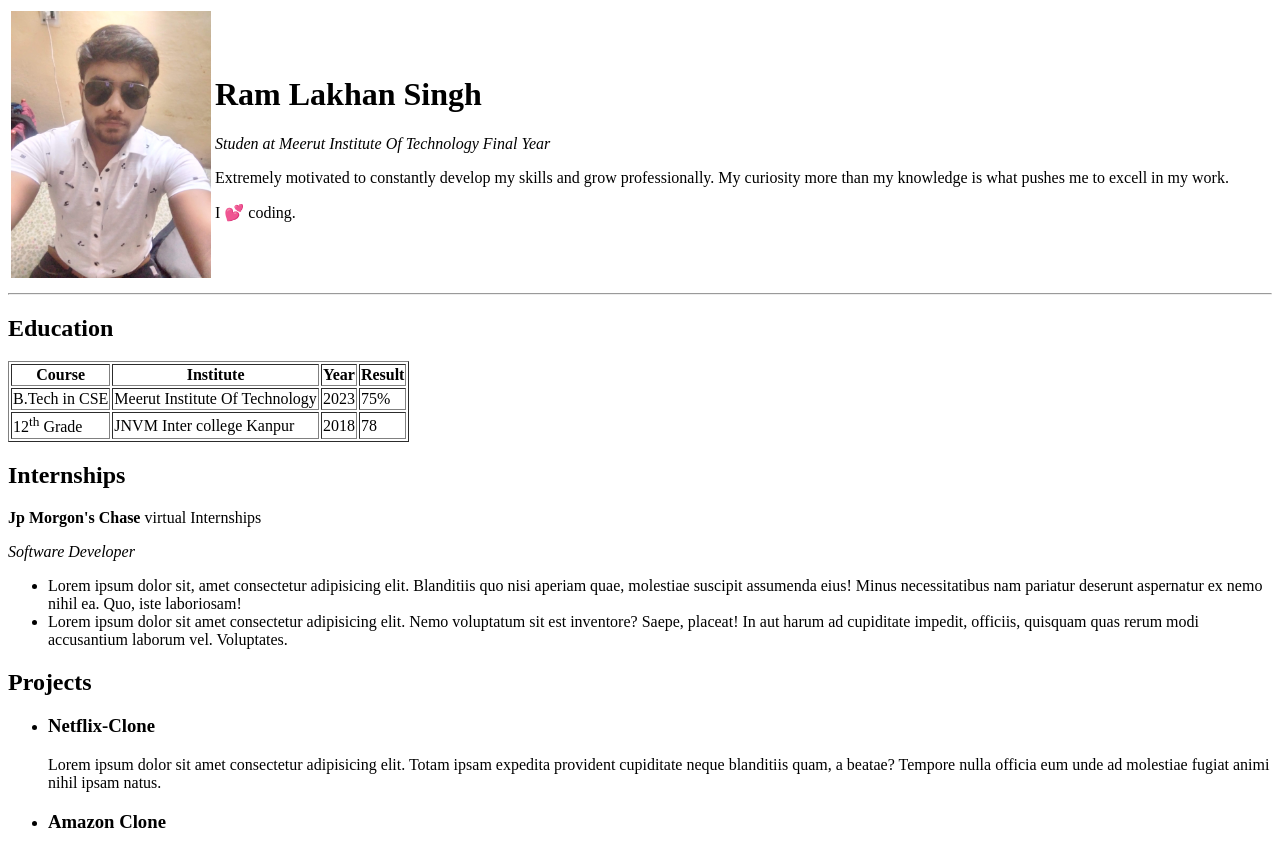
Repository: ramlakhan1/resume1
Page: resume.html
The author's editor kept a copy of each file at every save. The page is drawn from the files as they stood at one save, then again after a run of saves.
The browser window is 1280 px wide. The pictures show the whole page.

Above is the page before, as saved 2022-11-05 14:32:08.

### resume.html
<!DOCTYPE html>
<html lang="en">
<head>
    <meta charset="UTF-8">
    <meta http-equiv="X-UA-Compatible" content="IE=edge">
    <meta name="viewport" content="width=device-width, initial-scale=1.0">
    <title>Ram's Resume</title>
</head>
<body>
    <table>
        <tr>
            <td> <img width="200" src="2.jpg" alt="Ram Lakhan photo"></td>
            <td> <h1>Ram Lakhan Singh</h1>
                <p><i>Studen at Meerut Institute Of Technology Final Year</i></p>
                <p>Extremely motivated to constantly develop my skills and grow professionally. My curiosity more than my knowledge is what pushes me
                    to excell in my work.</p>
                    <p>I 💕 coding.</p></td>
        </tr>
    </table>


        <hr>

        <!-- Header ends -->
        <h2>Education</h2>
        <table border=" ">
            <tr>
                <th>Course</th>
                <th>Institute</th>
                <th>Year</th>
                <th>Result</th>
            </tr>
            <tr>
                <td>B.Tech in CSE</td>
                <td>Meerut Institute Of Technology</td>
                <td>2023</td>
                <td>75%</td>
            </tr>
            <tr>
                <td>12<sup>th</sup> Grade</td>
                <td>JNVM Inter college Kanpur</td>
                <td>2018</td>
                <td>78</td>
            </tr>
        </table>

        <h2>Internships</h2>
        <p><strong>Jp Morgon's Chase</strong> virtual Internships</p>
        <p><i>Software Developer</i></p>
        <ul>
            <li>Lorem ipsum dolor sit, amet consectetur adipisicing elit. Blanditiis quo nisi aperiam quae, molestiae suscipit assumenda eius! Minus necessitatibus nam pariatur deserunt aspernatur ex nemo nihil ea. Quo, iste laboriosam!</li>
            <li>Lorem ipsum dolor sit amet consectetur adipisicing elit. Nemo voluptatum sit est inventore? Saepe, placeat! In aut harum ad cupiditate impedit, officiis, quisquam quas rerum modi accusantium laborum vel. Voluptates.</li>
        </ul>

        <h2>Projects</h2>
        <ul>
            <li>
                <h3>Netflix-Clone</h3>
                <p>Lorem ipsum dolor sit amet consectetur adipisicing elit. Totam ipsam expedita provident cupiditate neque blanditiis quam, a beatae? Tempore nulla officia eum unde ad molestiae fugiat animi nihil ipsam natus.</p>
            </li>
            <li>
                <h3>Amazon Clone</h3>
                <p></p>
            </li>
        </ul>
</body>
</html>

After the next 2 saves:
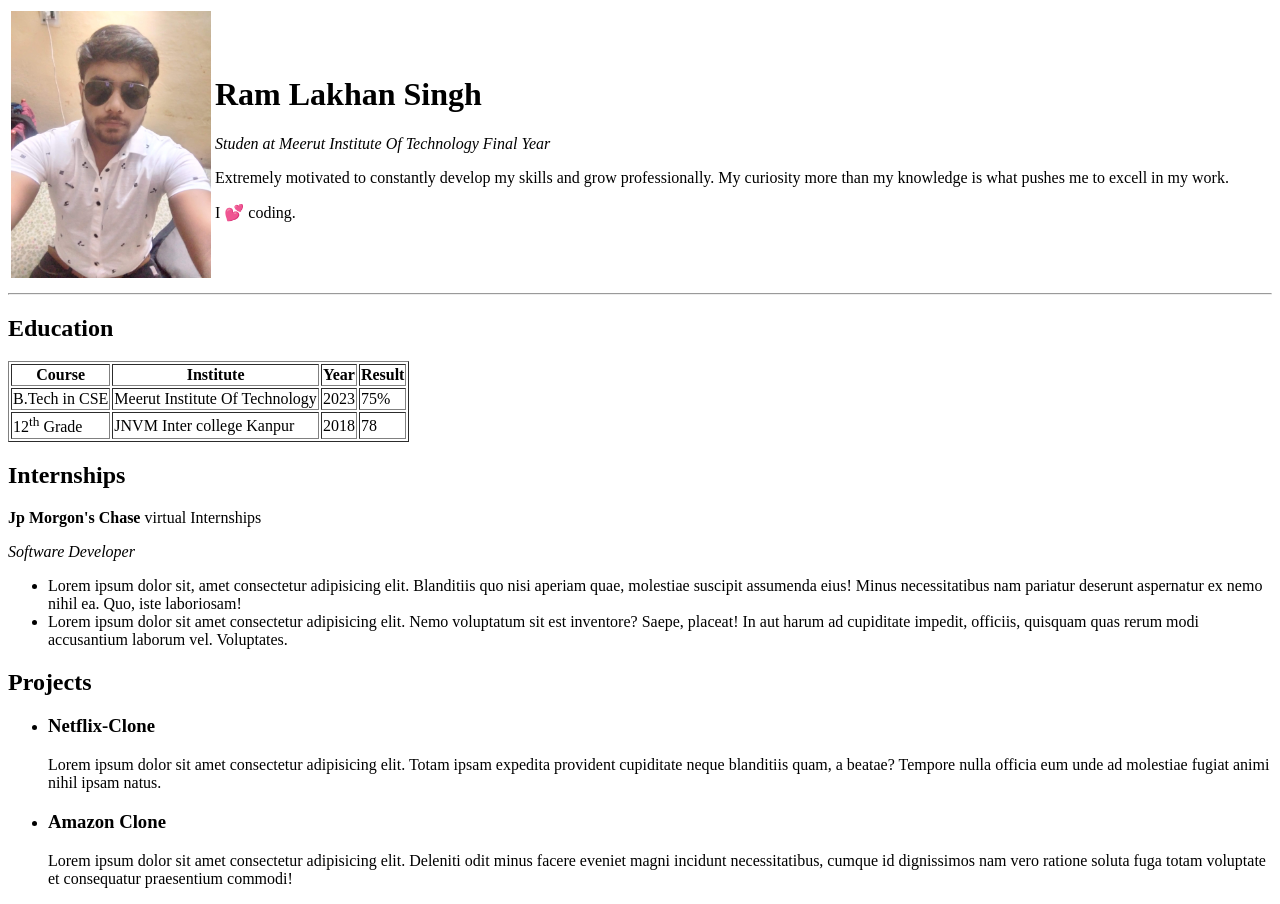
The 2 saves are shown as one change because they came seconds apart.
The last was saved 10 s later.
--- a/resume.html
+++ b/resume.html
@@ -60,7 +60,7 @@
             </li>
             <li>
                 <h3>Amazon Clone</h3>
-                <p></p>
+                <p>Lorem ipsum dolor sit amet consectetur adipisicing elit. Deleniti odit minus facere eveniet magni incidunt necessitatibus, cumque id dignissimos nam vero ratione soluta fuga totam voluptate et consequatur praesentium commodi!</p>
             </li>
         </ul>
 </body>
